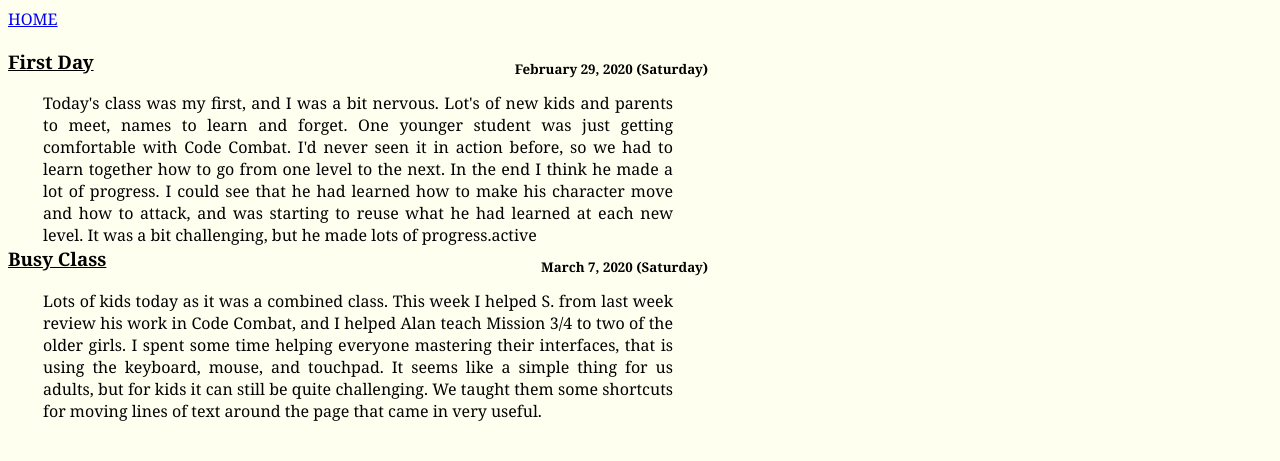
Repository: chocochocosensei/Mission-Exercises
Page: Page1/index.html
These files come from the project's save history. The page is drawn as it stood at one moment and after the next save; the edit follows.
The browser window is 1280 px wide. The pictures show the whole page.

Above is the page before, as saved 2020-03-11 04:08:27.

After the next save:
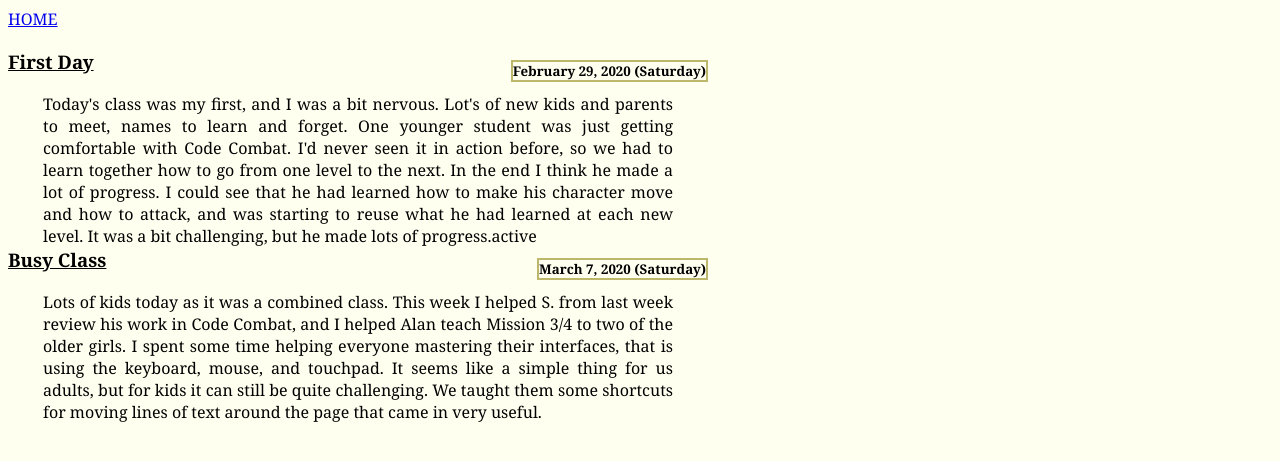
Saved 61 s later.
--- a/style.css
+++ b/style.css
@@ -13,6 +13,7 @@ body {
     text-align: right;
     float: right;
     width: auto;
+    border: 2pt solid darkkhaki;
     z-index: 100;
 }
 
